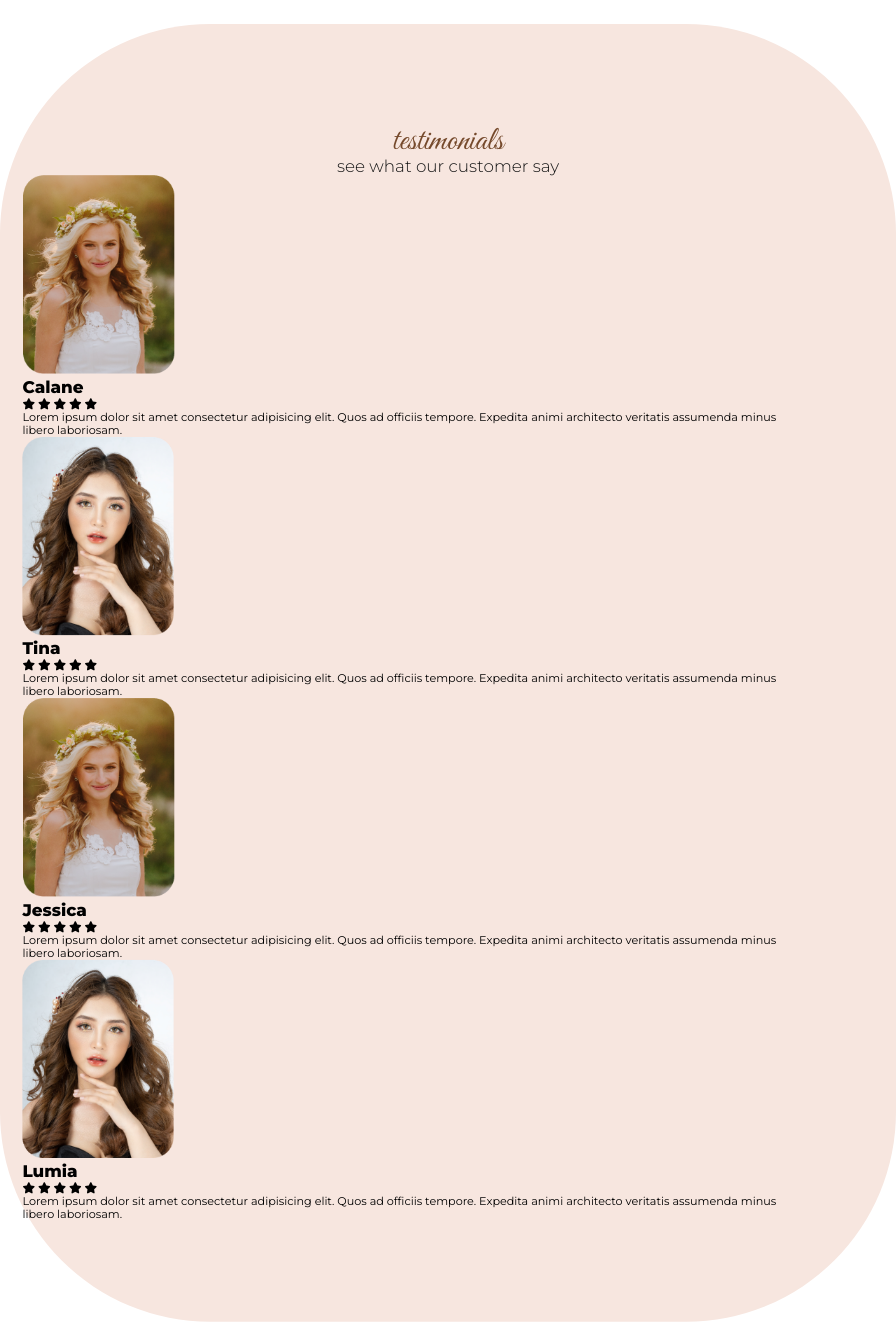
Repository: TuanHuflit2k1/clone-web01
Page: index.html
These files come from the project's save history. The page is drawn as it stood at one moment and after the next save; the edit follows.
The browser window is 1280 px wide. The pictures show the part of the page from y = 3896 to 5816 px (the page is 5784 px tall before and 5832 px after), at 70% of full size.
Some web libraries are served in a nearby version.

Above is the page before, as saved 2022-04-28 13:02:27.

After the next save:
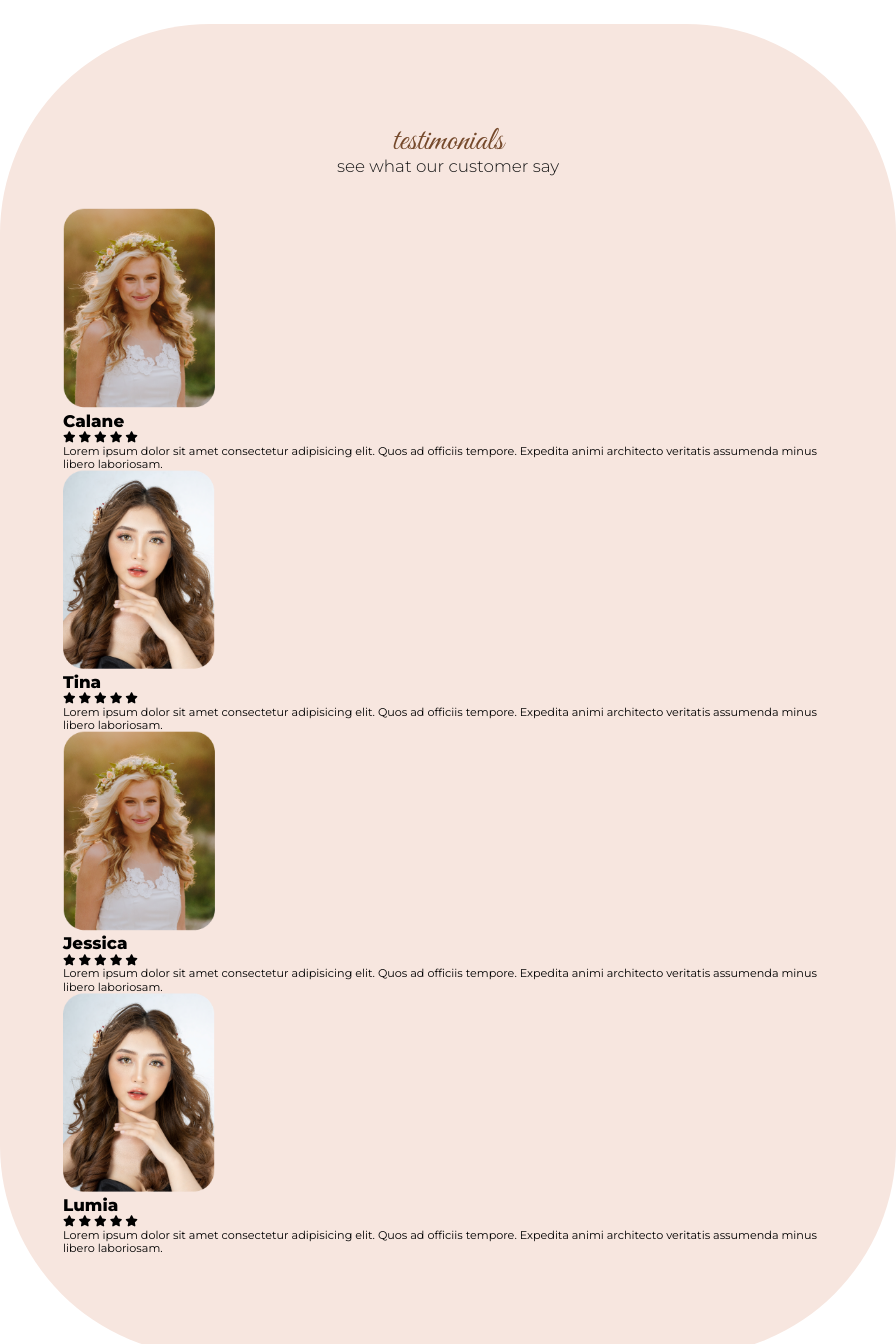
Saved 8 s later.
--- a/style.css
+++ b/style.css
@@ -455,7 +455,8 @@ body {
 }
 .testimonials-card {
     width: 1100px;
-    mar
+    margin: 3rem auto 0;
+    dis
 }
 @media (max-width: 920px) {
   .nav-menu {
